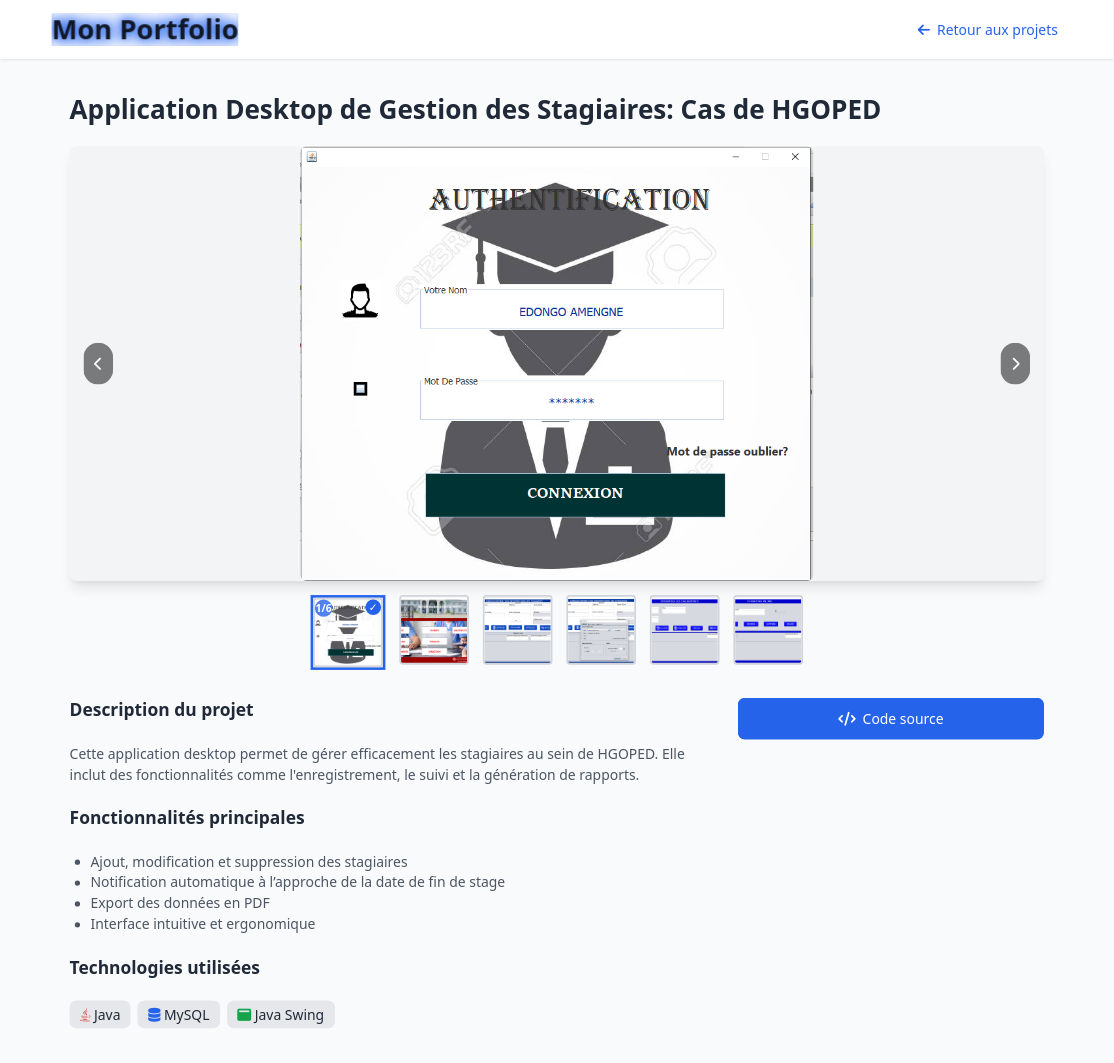
Repository: Edongo999/landry-portfolio
Page: projet-gestion-stagiaires.html
These files come from the project's save history. The page is drawn as it stood at one moment and after the next save; the edit follows.
The browser window is 1280 px wide. The pictures show the whole page, at 87% of full size.
Some web libraries are served in a nearby version.

Above is the page before, as saved 2025-09-14 03:35:52.

After the next save:
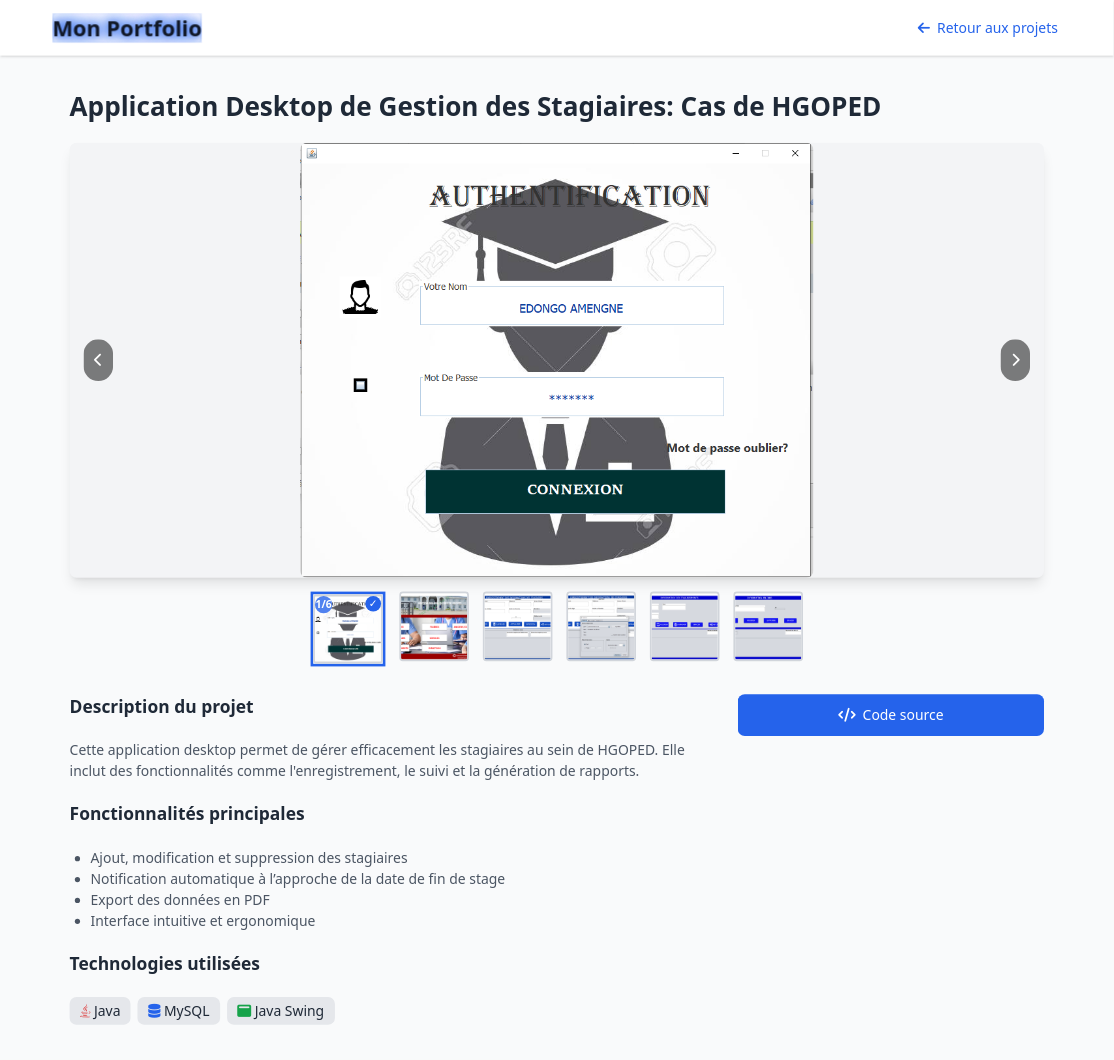
Saved 4 min 36 s later.
--- a/projet-gestion-stagiaires.html
+++ b/projet-gestion-stagiaires.html
@@ -52,7 +52,7 @@
   <!-- Header -->
   <header class="bg-white shadow p-4 sticky top-0 z-50">
     <div class="max-w-6xl mx-auto flex justify-between items-center">
-<h1 class="text-2xl md:text-3xl font-bold text-gray-900 relative overflow-hidden" id="portfolio-title">
+<h1 class="text-xl md:text-2xl font-bold text-gray-900 relative overflow-hidden" id="portfolio-title">
   Mon Portfolio
 </h1>
 
